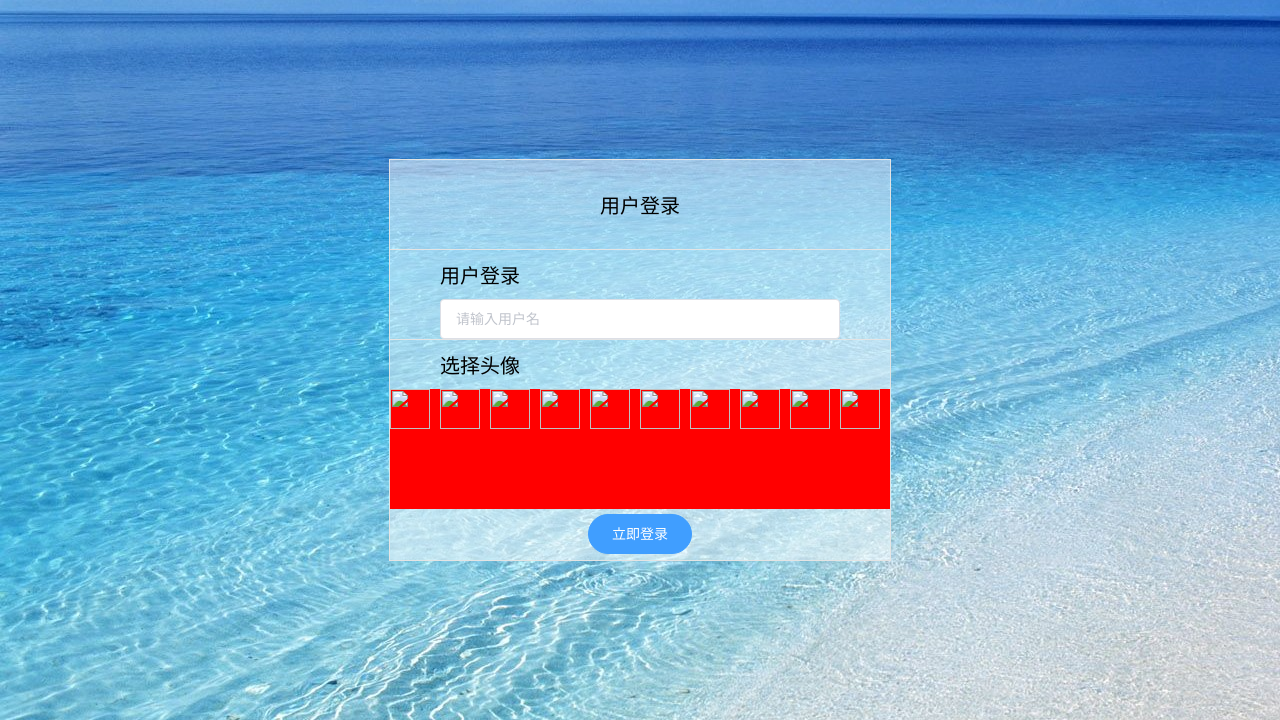
Repository: jinggegeZ/livechat
Page: /login
The author's editor kept a copy of each file at every save. The page is drawn from the files as they stood at one save, then again after the next save.
The browser window is 1280 px wide. The pictures show the whole page.
Pictures or frames that could not be fetched are drawn as grey boxes. The project was rebuilt for these pictures with package versions that can differ from the ones it lists, and the page was loaded fresh each time. Also part of the build but not shown: src/views/Home.vue. Imported but missing from the stored project, and not drawn on this page: public/image/01, public/image/02, public/image/03, public/image/04, public/image/05, public/image/06, public/image/07, public/image/08 and 2 more.

Above is the page before, as saved 2020-08-17 15:35:03.

After the next save:
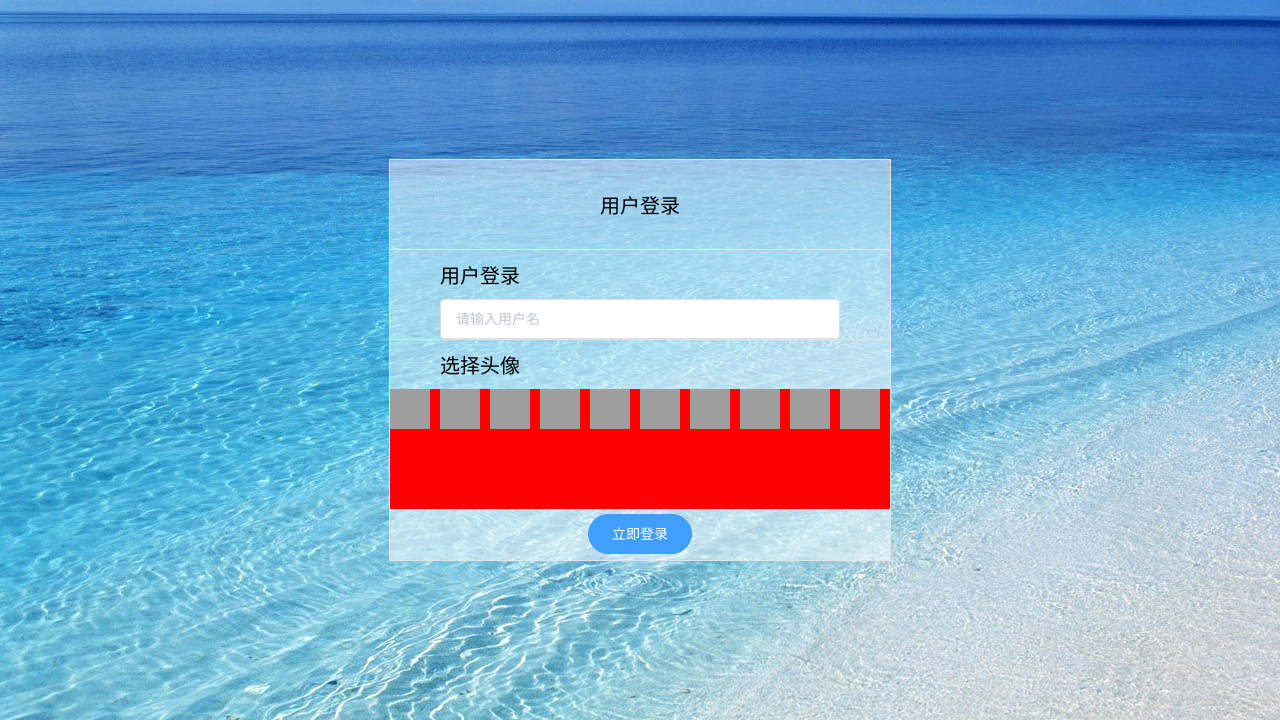
Saved 14 s later.
--- a/src/views/login.vue
+++ b/src/views/login.vue
@@ -17,7 +17,7 @@
         <div class="imgbox">
           <div class="imgbox1" v-for="(item,index) in imgs" :key="index">
             <div>
-              <img class="imgbox2" src="" alt="">
+              <img class="imgbox2" :src="item.img" alt="">
             </div>
           </div>
         </div>
